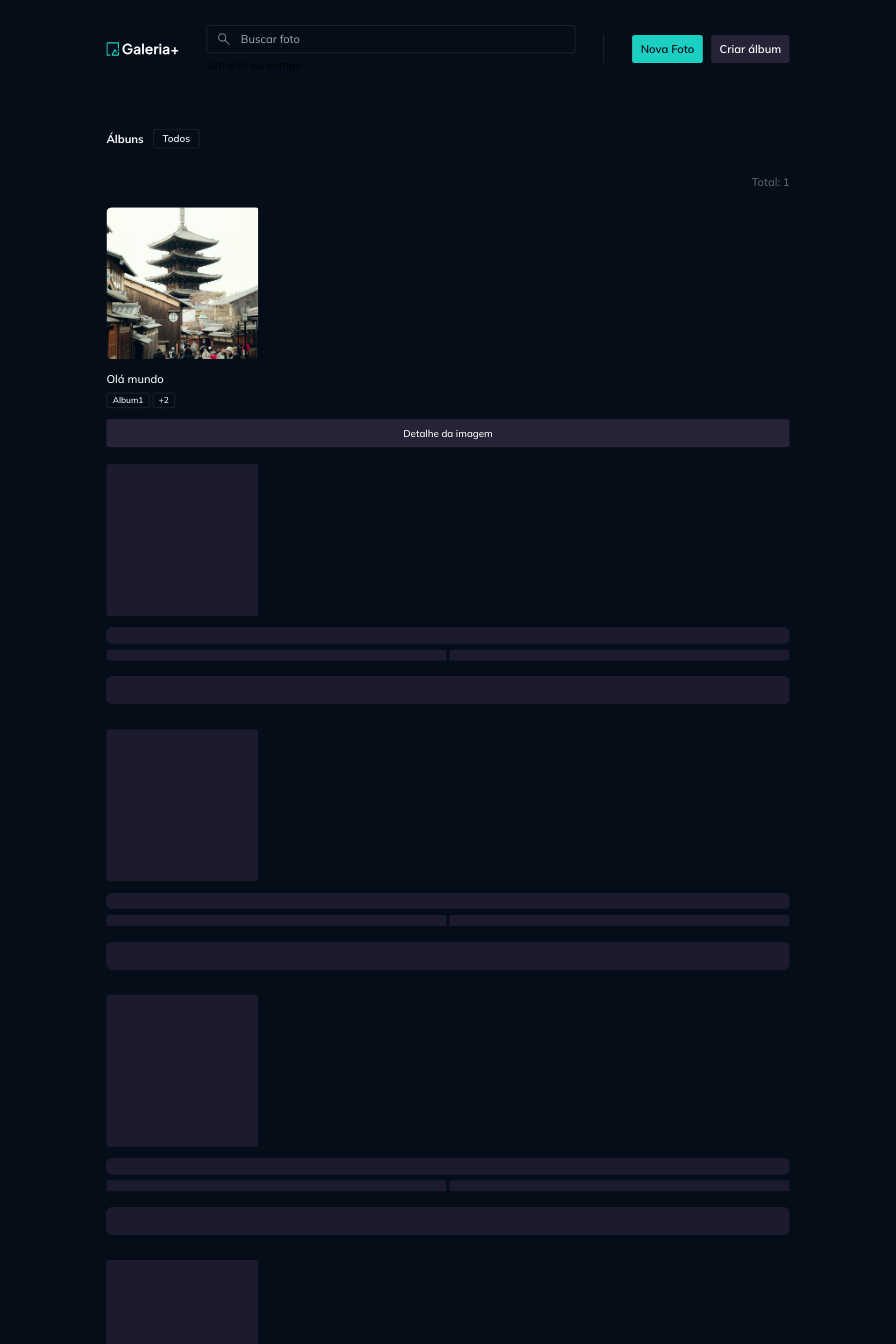
Repository: LuizMXavier/gallery-plus
Page: /
These files come from the project's save history. The page is drawn as it stood at one moment and after the next save; the edit follows.
The browser window is 1280 px wide. The pictures show the part of the page from y = 0 to 1920 px (the page is 4557 px tall), at 70% of full size.
The project was rebuilt for these pictures with package versions that can differ from the ones it lists, and the page was loaded fresh each time. Also part of the build but not shown: vite.config.ts, src/components/button-icon.tsx, src/components/alert.tsx, src/components/input-checkbox.tsx, src/components/input-single-file.tsx, src/components/card.tsx, src/components/dialog.tsx, src/pages/pages-components.tsx and 1 more.

Above is the page before, as saved 2025-09-22 17:51:04.

After the next save:
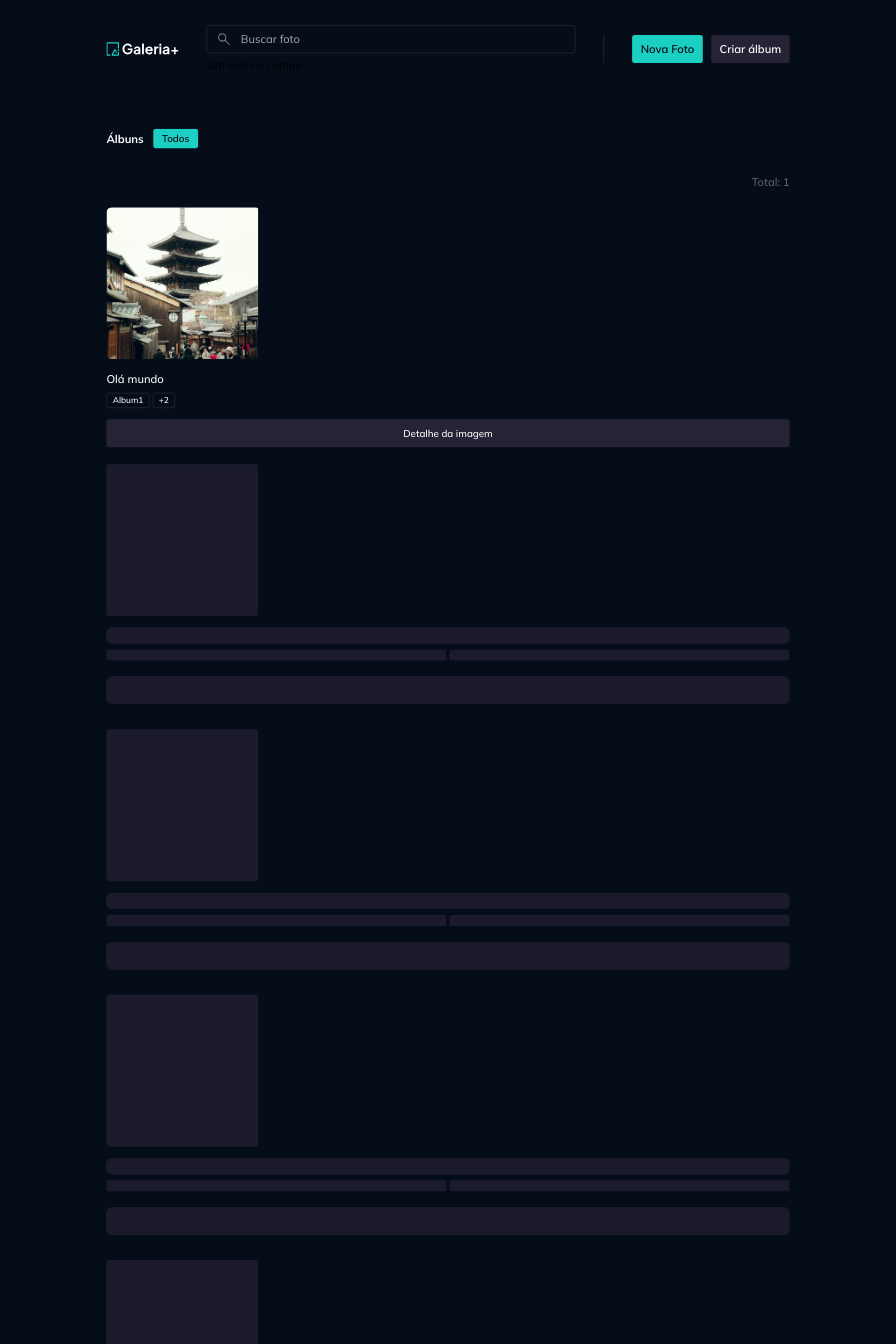
Saved 3 min 42 s later.
--- a/src/contexts/albums/components/albums-filter.tsx
+++ b/src/contexts/albums/components/albums-filter.tsx
@@ -13,7 +13,7 @@ export default function AlbumsFilter({albums, loading, className, ...props}: Alb
         <div className={cx("flex items-center gap-3.5 overflow-x-auto", className)}{...props}>
             <Text variant="heading-small">Álbuns</Text>
             <div className="flex gap-3">
-                <Button variant="ghost" size="sm" className="cursor-pointer">
+                <Button variant="primary" size="sm" className="cursor-pointer">
                     Todos
                 </Button>
             </div>
